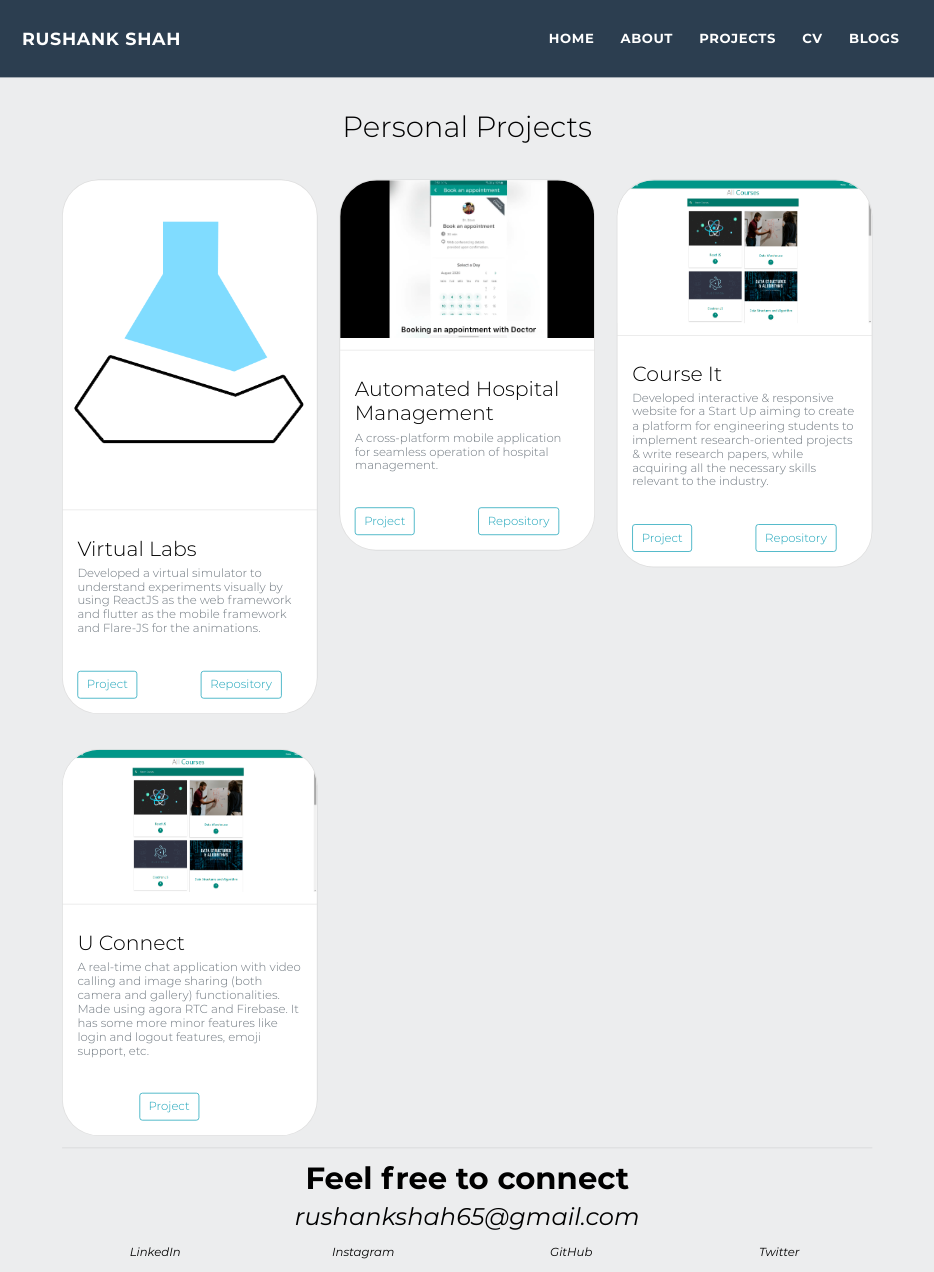
Repository: rushankshah/rushank-shah
Page: /projects
The author's editor kept a copy of each file at every save. The page is drawn from the files as they stood at one save, then again after the next save.
The browser window is 1280 px wide. The pictures show the whole page, at 73% of full size.
The project was rebuilt for these pictures with package versions that can differ from the ones it lists, and the page was loaded fresh each time. The framework's server and built-in components were replaced by stand-ins that run in the browser. Also part of the build but not shown: next.config.js.

Above is the page before, as saved 2020-12-03 01:30:14.

After the next save:
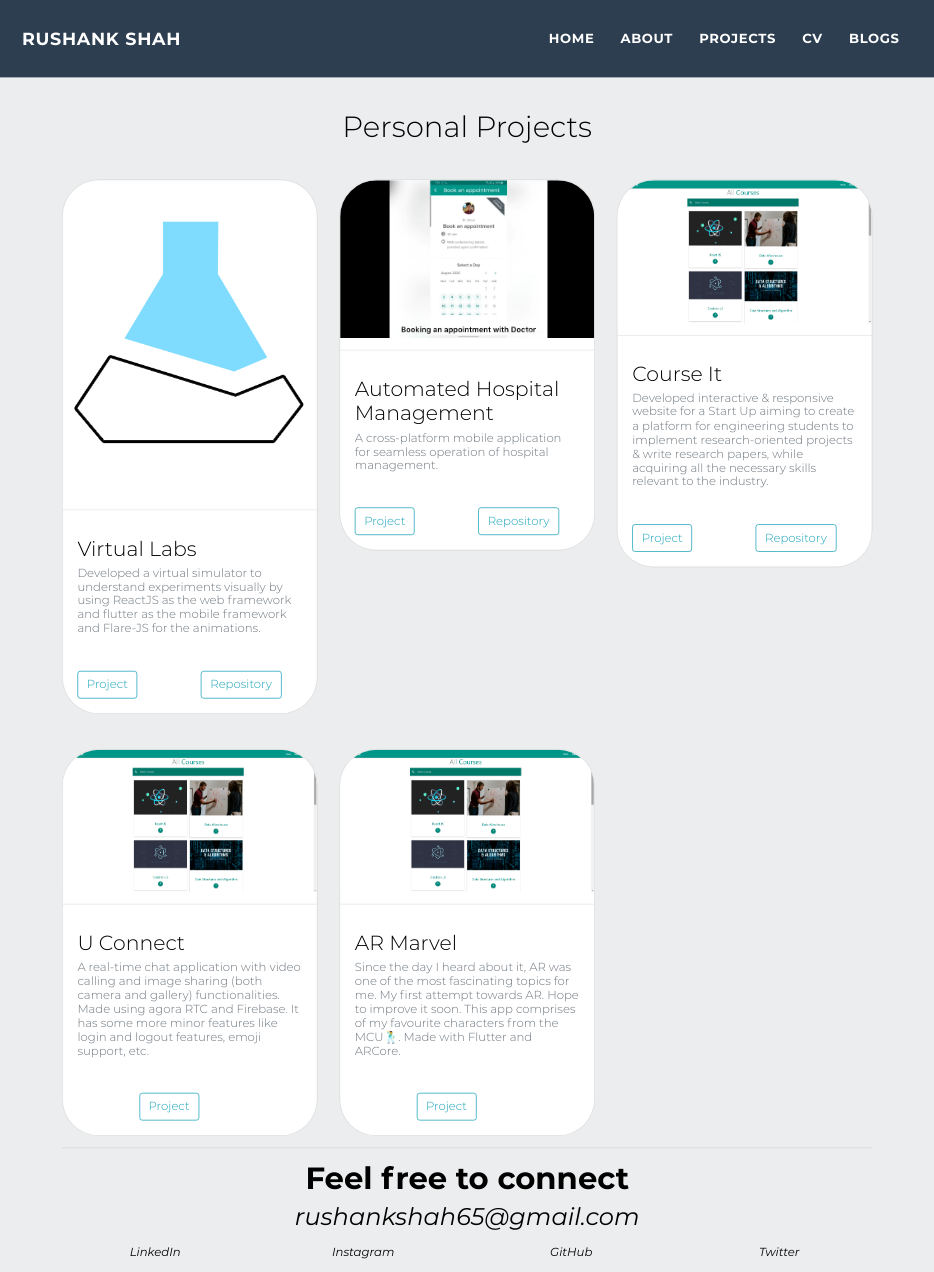
Saved 2 min 27 s later.
--- a/pages/projects.js
+++ b/pages/projects.js
@@ -90,6 +90,25 @@
                             </CardBody>
                         </Card>
                     </Col>
+                    <Col md='4'>
+                        <Card className='intro custom-card'>
+                            <CardImg top src="/static/images/courseit.png" style={{ borderRadius: '50px 50px 0px 0px' }} alt="Card image cap"></CardImg>
+                            <hr></hr>
+                            <CardBody>
+                                <CardTitle tag='h3'>
+                                    AR Marvel
+                                </CardTitle>
+                                <CardSubtitle tag="h6" className="mb-2 text-muted">Since the day I heard about it, AR was one of the most fascinating topics for me. My first attempt towards AR. Hope to improve it soon. This app comprises of my favourite characters from the MCU🕺. Made with Flutter and ARCore.</CardSubtitle>
+                                <Row className='mt-5'>
+                                    <Col></Col>
+                                    <Col md='6'>
+                                        <a className='btn btn-outline-info' target='_blank' href='https://www.linkedin.com/feed/update/urn:li:activity:6686195640520728576/'>Project</a>
+                                    </Col>
+                                    <Col></Col>
+                                </Row>
+                            </CardBody>
+                        </Card>
+                    </Col>
                 </Row>
                 <hr></hr>
             </BasePage>
